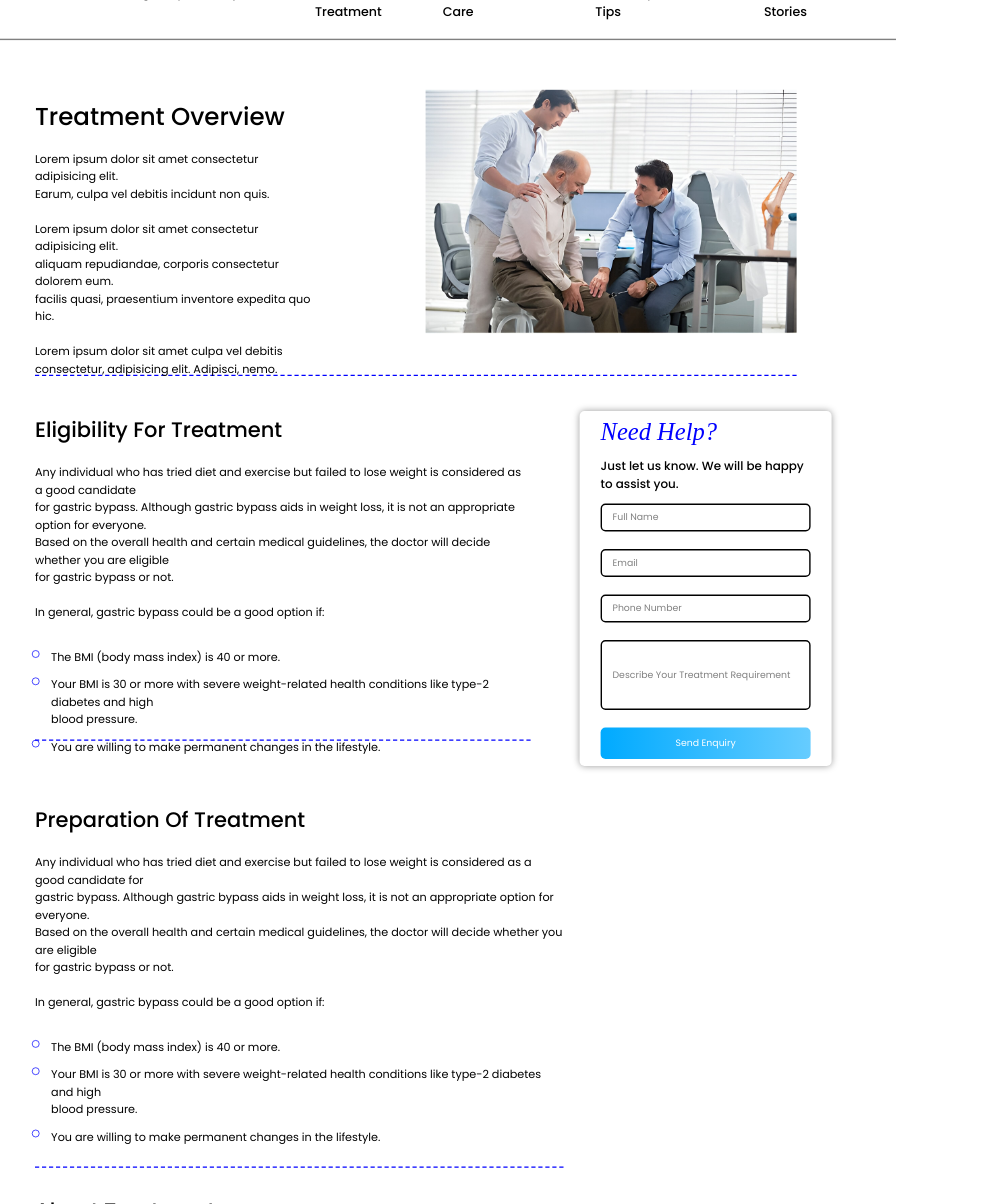
Repository: hetuk2005/webDevelopment
Page: Projects/Aafiya.html
An editor plug-in stored every save of this project. The page is shown before and after the next save, followed by the edit.
The browser window is 1280 px wide. The page is 1420 px wide, so the pictures cover 1420 px, including what lies to the right of the window. The pictures show the part of the page from y = 545 to 2265 px (the page is 7844 px tall), at 70% of full size.
Some web fonts or font styles are not loaded; a fallback is used.

Above is the page before, as saved 2025-04-15 10:16:47.

After the next save:
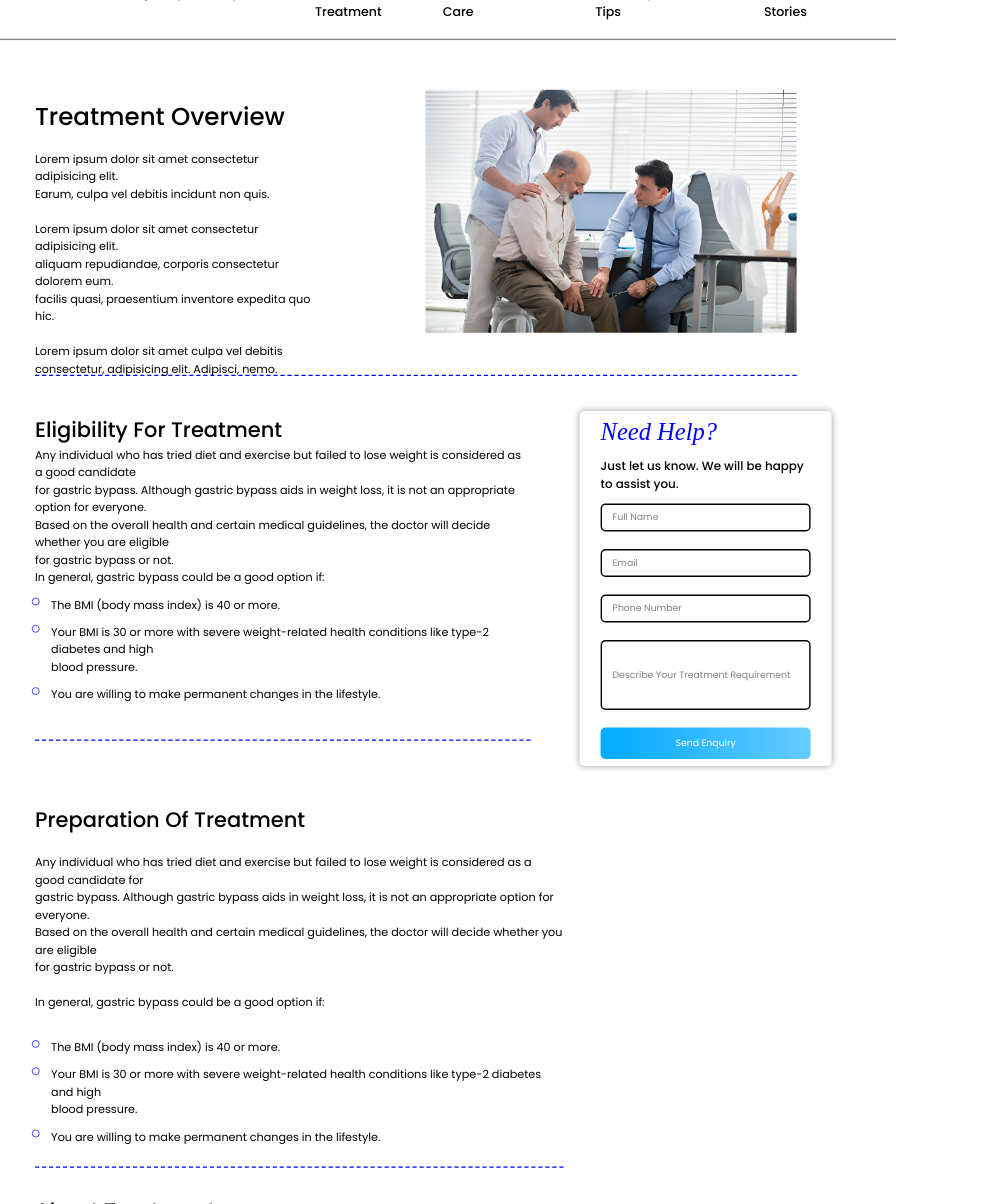
Saved 78 s later.
--- a/Projects/Aafiya.html
+++ b/Projects/Aafiya.html
@@ -101,14 +101,11 @@
         <div class="eligibility_for_treatment">
             <div class="eligibility_text">
                 <h3>Eligibility For Treatment</h3>
-                <br />
                 <p>
                     Any individual who has tried diet and exercise but failed to lose weight is considered as a good candidate<br /> for gastric bypass. Although gastric bypass aids in weight loss, it is not an appropriate option for everyone.<br /> Based
                     on the overall health and certain medical guidelines, the doctor will decide whether you are eligible<br /> for gastric bypass or not.
                 </p>
-                <br />
                 <p>In general, gastric bypass could be a good option if:</p>
-                <br />
                 <ul>
                     <li>The BMI (body mass index) is 40 or more.</li>
                     <li>
